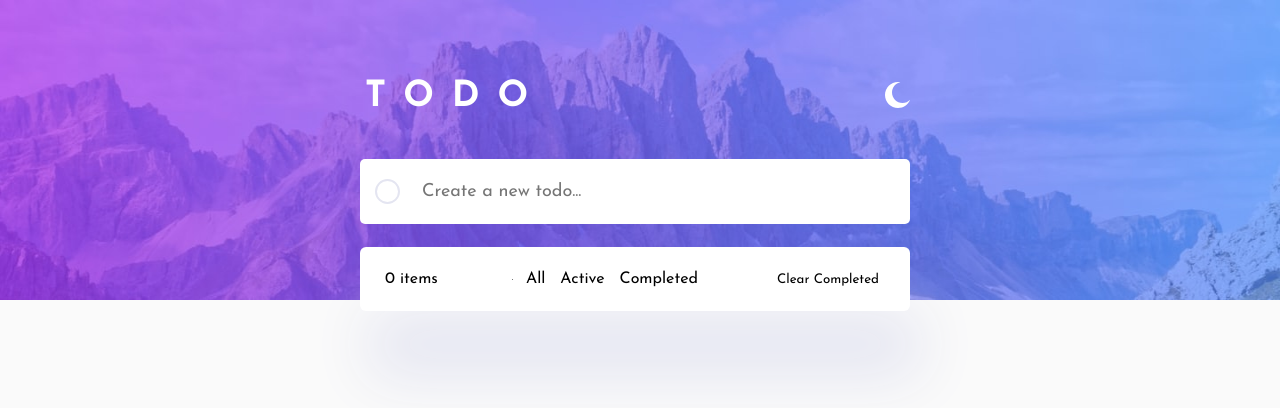
Repository: Haviles04/todoapp
Page: /
An editor plug-in stored every save of this project. The page is shown before and after the next save, followed by the edit.
The browser window is 1280 px wide. The pictures show the whole page.
The pointer rests on the first visible `.clearComplete`.
The project was rebuilt for these pictures with package versions that can differ from the ones it lists, and the page was loaded fresh each time.

Above is the page before, as saved 2022-10-22 09:22:59.

### public/index.html
<!DOCTYPE html>
<html lang="en">
  <head>
    <meta charset="utf-8" />
    <meta name="viewport" content="width=device-width, initial-scale=1" />
    <meta name="theme-color" content="#000000" />
    <meta
      name="description"
      content="Web site created using create-react-app"
    />

    <title>Todo App</title>
  </head>
  <body>

    <div id="root"></div>

  </body>
</html>

### src/App.js
import React, { useState } from "react";
import "./App.css";
import TaskForm from "./components/taskForm/TaskForm";
import TaskList from "./components/taskList/TaskList";
import Header from "./components/header/Header";

let todoNumber = 0;

function App() {
  const [todo, setTodo] = useState("");
  const [todoList, setTodoList] = useState([]);

  function onChange(e) {
    setTodo(e.target.value);
  }

  function handleClick(e) {
    e.preventDefault();

    const newTodo = {
      text: todo,
      complete: false,
      id: (todoNumber += 1),
    };

    setTodo("");
    setTodoList([...todoList].concat(newTodo));
    document.getElementById("taskInput").value = "";
  }

  console.log(todoList);

  return (
    <div className="App">
      <Header />
      <TaskForm onChange={onChange} handleClick={handleClick} todo={todo} />
      <TaskList todoList={todoList} />
    </div>
  );
}

export default App;

### src/App.css
@import url('https://fonts.googleapis.com/css2?family=Josefin+Sans:wght@400;700&display=swap');


body, html{
    width: 100vw;
    height: auto;
    margin: 0;
    font-family: 'Josefin Sans', sans-serif;
    font-size: 18px;
    display: flex;
    justify-content: center;
    background-image: url('./assests/bg-desktop-light.jpg');
    background-repeat: no-repeat;
    background-size: 100% 300px;
    background-color: hsl(0, 0%, 98%);
}

.circleBtn{
    width:25px;
    height: 25px;
    border-radius: 50%;
    border:2px solid hsl(236, 33%, 92%);
    background-color: transparent;
    margin-left: 15px;
}

.circleBtn:hover{
    cursor: pointer;
    background:linear-gradient(hsl(192, 100%, 67%), hsl(280, 87%, 65%));
}

### src/components/taskForm/TaskForm.jsx
import React from "react";
import "./taskForm.css";

function TaskForm(props) {
  return (
    <div className="inputContainer">
      <form onSubmit={props.handleClick}>
        <button id="taskBtn" className="circleBtn" type="submit"></button>
        <input
          id="taskInput"
          className="taskInput"
          type="text"
          placeholder="Create a new todo..."
          onChange={props.onChange}
        ></input>
      </form>
    </div>
  );
}

export default TaskForm;

### src/components/taskList/TaskList.jsx
import React from "react";
import "./taskList.css";

function TaskList(props) {
  function completeTask(id) {
    props.todoList.map((todo) => {
      if (todo.id === id) {
        todo.complete = !todo.complete;
      }
      return props.todoList;
    });
  }

function pluralize(){
  if(props.todoList.length > 1 || props.todoList.length < 1){
    return `${props.todoList.length} items`;
  } else {
    return `${props.todoList.length} item`;
  }
}


  return (
    <div className="taskDisplay">
      {props.todoList.map((todo) => (
        <div key={todo.id} className="todoList">
          <label>
            <input
              type="checkbox"
              display="hidden"
              name={`checkID${todo.id}`}
              onClick={() => completeTask(todo.id)}
              className="checkComplete"
            ></input>
            <span className="checkboxSpan"/>
            <span className="todoText">{todo.text}</span>
          </label>
        </div>
      ))}

    <div className="completedActiveOptions">
      <span className="todoCount">{pluralize()}</span>
      <form>
        <input id="all" type="radio" name="completeActiveAll" className="completeActiveAll" />
        <label className="todoStatusLabel" for="all">All</label>
        <input id="active" type="radio" name="completeActiveAll" className="completeActiveAll" />
        <label className="todoStatusLabel" for="active">Active</label>
        <input id="completed" type="radio" name="completeActiveAll" className="completeActiveAll" />
        <label className="todoStatusLabel" for="completed">Completed</label>
      </form>
      <button className="clearComplete">Clear Completed</button>




    </div>
    </div>
  );
}

export default TaskList;

### src/components/header/Header.jsx
import React from 'react'
import './header.css'


function Header() {
  return (
    <div id="header" className='header'>

        <h1>TODO</h1>
        <button className='modeToggle'></button>

    </div>
  )
}

export default Header

### src/components/taskForm/taskForm.css
.inputContainer{
    height: 65px;
    width: 550px;
    background-color: white;
    border-radius: 5px;
    display: flex;
    justify-content: space-between;
    align-items: center;
    margin-top: 15px;
}

form{
    display:flex;
    align-items: center;
}

.taskInput{
    width: 450px;
    height: 30px;
    margin-left: 20px;
    font-family: 'Josefin Sans', sans-serif;
    border: 0;
    outline: none;
    font-size: 18px;
}

### src/components/taskList/taskList.css
.taskDisplay {
  margin-top: 23px;
  width: 550px;
  height: auto;
  background-color: white;
  border-radius: 6px;
  box-shadow: 10px 65px 60px hsl(236, 33%, 92%);
}

.todoList {
  width: 450px;
  height: 64px;
  display: flex;
  align-items: center;
  font-family: "Josefin Sans", sans-serif;
  border: 0;
  outline: none;
  font-size: 18px;
  box-sizing: border-box;
  border-bottom: 1px solid hsl(236, 33%, 92%);
}

.checkComplete {
  position: absolute;
  width: 1px;
  height: 1px;
  margin: -1px;
}

.taskDisplay label {
  display: flex;
  align-items: center;
  gap: 8px;
}

.checkComplete:checked + .todoText {
  text-decoration: line-through;
  color: hsl(0, 0%, 98%);
}

.checkComplete:checked + .checkboxSpan {
  background-repeat: no-repeat;
  background-image: url(../../assests/icon-check.svg),
    linear-gradient(hsl(192, 100%, 67%), hsl(280, 87%, 65%));
  background-position: center;
}

.checkboxSpan {
  display: inline-block;
  height: 20px;
  width: 20px;
  border-radius: 50%;
  border: 2px solid hsl(236, 33%, 92%);
  margin-left: 15px;
  margin-right: 15px;
}


.completedActiveOptions{
    height: 64px;
    display: flex;
    align-items: center;
    justify-content: space-between;
    font-size: 16px;
}

.todoCount {
    margin-left: 25px;
}

.completeActiveAll{
    position: absolute;
    width: 1px;
    height: 1px;
    margin: 1px;
}

.todoStatusLabel{
    margin-left: 15px;
}

.todoStatusLabel:hover{
    color: hsl(220, 98%, 61%);
    cursor: pointer;
}

.clearComplete{
    background-color: transparent;
    border: none;
    font-family:"Josefin Sans", sans-serif; ;
    margin-right:25px;
}

.clearComplete:hover{
    cursor: pointer;
}

### src/components/header/header.css
.header{
    padding: 5px;
    width: 550px;
    margin-top: 50px;
    display: flex;
    justify-content: space-between;
    align-items: center;
}

.modeToggle{
    background-image: url('../../assests/icon-moon.svg');
    height: 30px;
    width: 30px;
    border: none;
    background-color: transparent;
    background-repeat: no-repeat;
}

.modeToggle:hover{
    cursor: pointer;
}

.header h1{
    color: white;
    letter-spacing: 1rem;
}

Loaded but not shown: src/index.js (common file)

After the next save:
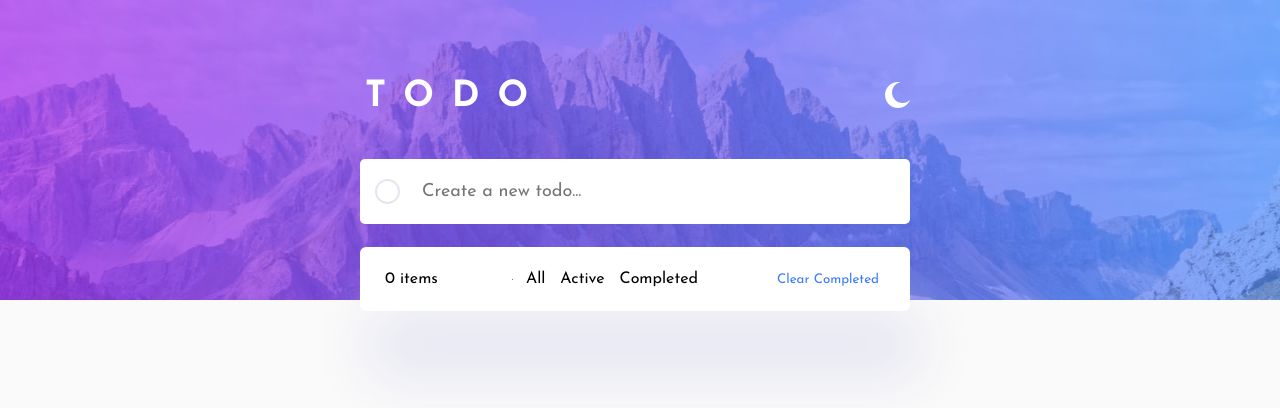
Saved 18 s later.
--- a/src/components/taskList/taskList.css
+++ b/src/components/taskList/taskList.css
@@ -93,4 +93,5 @@
 
 .clearComplete:hover{
     cursor: pointer;
+    color: hsl(220, 98%, 61%);
 }
